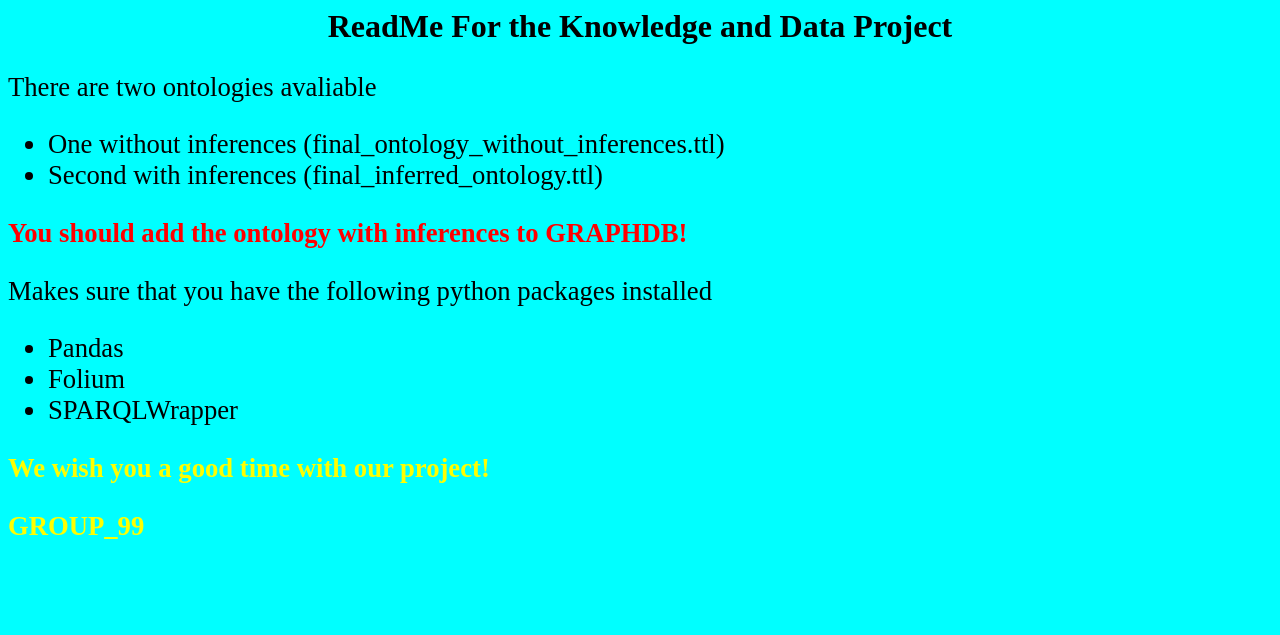
Repository: pawelpiwowarski/Knowledge_and_Data
Page: README.html
These files come from the project's save history. The page is drawn as it stood at one moment and after the next save; the edit follows.
The browser window is 1280 px wide. The pictures show the whole page.

Above is the page before, as saved 2022-10-27 22:13:12.

### README.html

<html>
<head>

<title>README</title>
<style>
#title {
    font-family: "Times New Roman", Times, serif;
    font-size: 24pt;
    font-weight: bold;
    color: #000000;
    text-align: center;
}

#red {
    font-family: "Times New Roman", Times, serif;
    font-size: 20pt;
    font-weight: bold;
    color: #FF0000;

}

#wishes {
    font-family: "Times New Roman", Times, serif;
    font-size: 20pt;
    font-weight: bold;
    color: yellow;

}
body { font-family: 'Times New Roman', Times, serif; font-size: 20pt; background-color: aqua;}
</style>
</head>
<body>
<h2 id="title"> ReadMe For the Knowledge and Data Project</h2>
<p> There are two ontologies avaliable</p>
<ul>
<li>
    One without inferences  (final_ontology_without_inferences.ttl)
</li>
<li>
    Second with inferences  (final_inferred_ontology.ttl)
</li>
</ul>

<p id="red"> You should add the ontology with inferences to GRAPHDB! </p>

<p> Makes sure that you have the following python packages installed<p>

<ul>
<li>
Pandas
</li>
<li>
Folium
</li>
<li>
SPARQLWrapper
</li>
</ul>

<p id="wishes">  We wish you a good time with our project! </p>
<p id="wishes">  GROUP_99 </p>
</body>
</html>

After the next save:
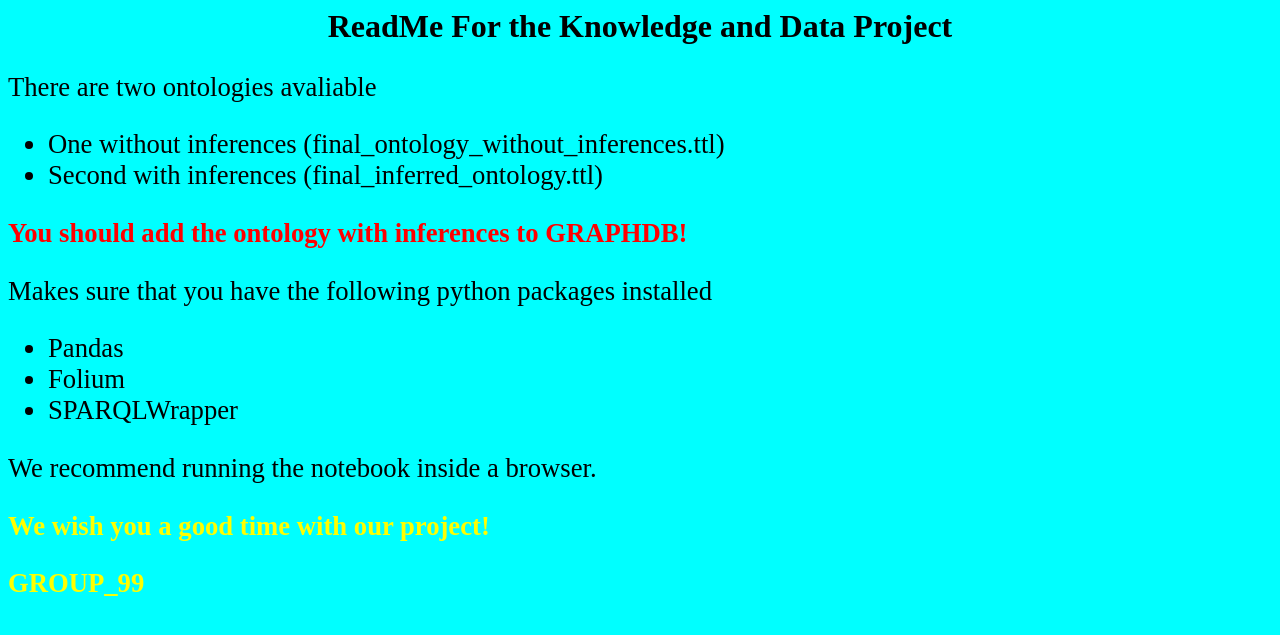
Saved 36 s later.
--- a/README.html
+++ b/README.html
@@ -57,7 +57,7 @@ Folium
 SPARQLWrapper
 </li>
 </ul>
-
+<p> We recommend running the notebook inside a browser. <p></p>
 <p id="wishes">  We wish you a good time with our project! </p>
 <p id="wishes">  GROUP_99 </p>
 </body>
